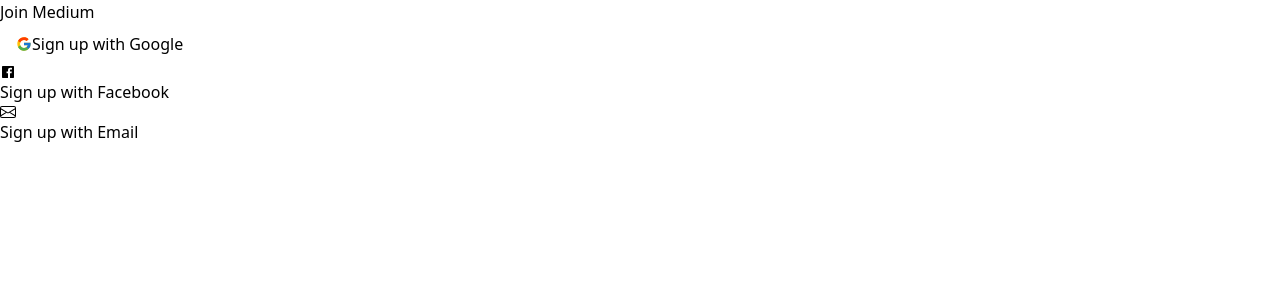
Repository: hisreal123/yt-build
Page: /m/CreateAccount
These files come from the project's save history. The page is drawn as it stood at one moment and after the next save; the edit follows.
The browser window is 1280 px wide. The pictures show the whole page.
The project was rebuilt for these pictures with package versions that can differ from the ones it lists, and the page was loaded fresh each time. The framework's server and built-in components were replaced by stand-ins that run in the browser. Also part of the build but not shown: next.config.js.

Above is the page before, as saved 2022-11-12 14:00:35.

### pages/m/CreateAccount.tsx
import Link from "next/link";
import React from "react";
import { FcGoogle } from "react-icons/fc";
import { IoLogoFacebook } from "react-icons/io";
import { BsEnvelope } from "react-icons/bs";

function CreateAccount() {
  return (
    <div>
      <h2> Join Medium </h2>

      <div className="social">
        <Link href=" https://medium.com/m/connect/google?state=google-%7Chttps%3A%2F%2Fmedium.com%2Fnew-story%3Fsource%3Dregister-------------------------------------%7Cregister&source=register-------------------------------------">
          <a className="flex  items-center py-2 px-4 bord">
            <FcGoogle />
            <p> Sign up with Google</p>
          </a>
        </Link>
        <Link href=" https://medium.com/m/connect/google?state=google-%7Chttps%3A%2F%2Fmedium.com%2Fnew-story%3Fsource%3Dregister-------------------------------------%7Cregister&source=register-------------------------------------">
          <a>
            <IoLogoFacebook />
            <p> Sign up with Facebook</p>
          </a>
        </Link>
        <Link href=" https://medium.com/m/connect/google?state=google-%7Chttps%3A%2F%2Fmedium.com%2Fnew-story%3Fsource%3Dregister-------------------------------------%7Cregister&source=register-------------------------------------">
          <a>
            <BsEnvelope />
            <p> Sign up with Email</p>
          </a>
        </Link>
      </div>
    </div>
  );
}

export default CreateAccount;

Loaded but not shown: pages/_app.tsx (common file); styles/globals.css (common file); tailwind.config.js (common file)

After the next save:
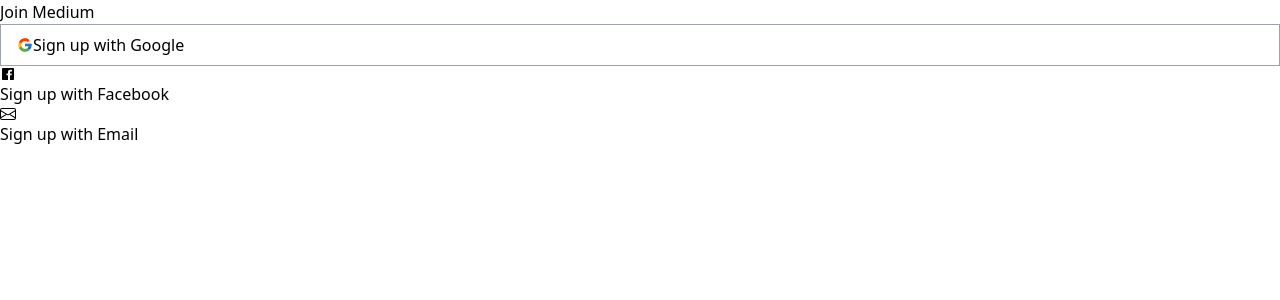
Saved 6 s later.
--- a/pages/m/CreateAccount.tsx
+++ b/pages/m/CreateAccount.tsx
@@ -11,7 +11,7 @@
 
       <div className="social">
         <Link href=" https://medium.com/m/connect/google?state=google-%7Chttps%3A%2F%2Fmedium.com%2Fnew-story%3Fsource%3Dregister-------------------------------------%7Cregister&source=register-------------------------------------">
-          <a className="flex  items-center py-2 px-4 bord">
+          <a className="flex  items-center py-2 px-4 border border-gray-400 ">
             <FcGoogle />
             <p> Sign up with Google</p>
           </a>
